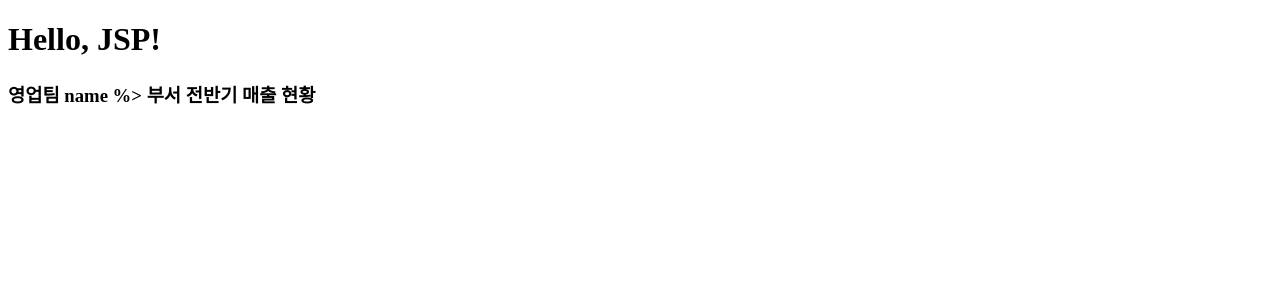
Repository: onuo77/HTA
Page: http://localhost/sample/hello.jsp
The author's editor kept a copy of each file at every save. The page is drawn from the files as they stood at one save, then again after the next save.
The browser window is 1280 px wide. The pictures show the whole page.
The page is served by Tomcat 9.

Above is the page before, as saved 2021-05-18 07:16:52.

After the next save:
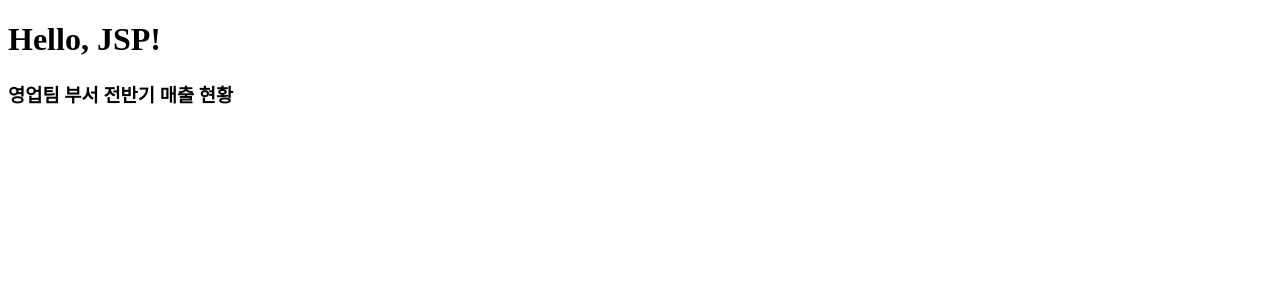
Saved 37 s later.
--- a/java-web/sample/src/main/webapp/hello.jsp
+++ b/java-web/sample/src/main/webapp/hello.jsp
@@ -40,7 +40,7 @@
 	%>
 	<h1>Hello, JSP!</h1>
 
-	<h3><%=name %> name %> 부서 전반기 매출 현황</h3>
+	<h3><%=name %> 부서 전반기 매출 현황</h3>
 
 </body>
 </html>
